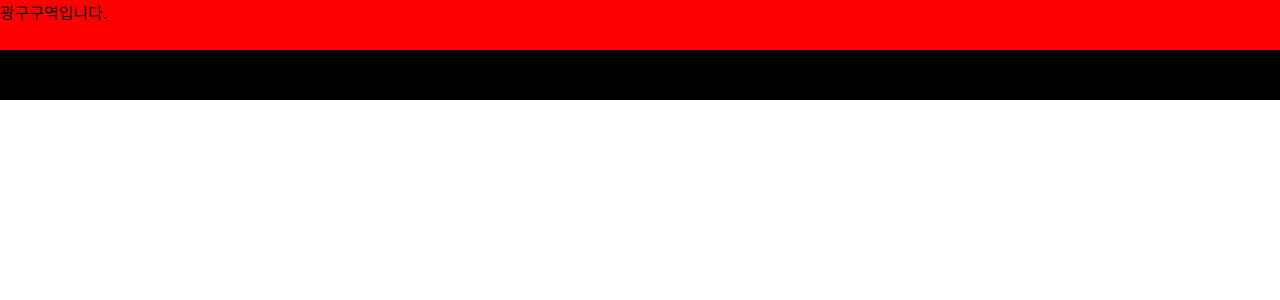
Repository: leehyeonung/myproject
Page: http://localhost/myproject/
An editor plug-in stored every save of this project. The page is shown before and after the next save, followed by the edit.
The browser window is 1280 px wide. The pictures show the whole page.
The page is served by Tomcat 9.

Above is the page before, as saved 2023-03-15 12:27:03.

### myproject/src/main/webapp/index.jsp
<%@ page language="java" contentType="text/html; charset=EUC-KR"
    pageEncoding="EUC-KR"%>
<!DOCTYPE html>
<html>
<head>
<meta charset="EUC-KR">
<title>index</title>
</head>
<body>
<jsp:include page="header.jsp"></jsp:include>
<section>

</section>
<jsp:include page="footer.jsp"></jsp:include>
</body>
</html>

### myproject/src/main/webapp/header.jsp
<%@ page language="java" contentType="text/html; charset=EUC-KR"
    pageEncoding="EUC-KR"%>
<!DOCTYPE html>
<html>
<head>
<script type="text/javascript" src="/resuorces/js/ad.js"></script>
<meta charset="EUC-KR">
<title>header</title>
<link rel="stylesheet" type="text/css" href="/resources/css/header.css">
</head>
<body>
<div class="ad">
광구구역입니다.
</div>

<header>
<div class="searchbox">
로고 네이버 검색창~
</div>

<nav>
</nav>
</header>
</body>
</html>

### myproject/src/main/webapp/footer.jsp
<%@ page language="java" contentType="text/html; charset=EUC-KR"
    pageEncoding="EUC-KR"%>
<!DOCTYPE html>
<html>
<head>
<meta charset="EUC-KR">
<title>footer</title>
</head>
<body>

</body>
</html>

### myproject/src/main/webapp/resources/js/ad.js
function close_ad() {
    document.getElementById("ad").style.display='none';
}

### myproject/src/main/webapp/resources/css/header.css
*{
	margin: 0px;
	padding: 0px;
}

.ad{
	height: 50px;
	background-color: red;
}
.searchbox{
	width:100%;
	margin:0px;
	height: 50px;
	background-color: black;
}

After the next save:
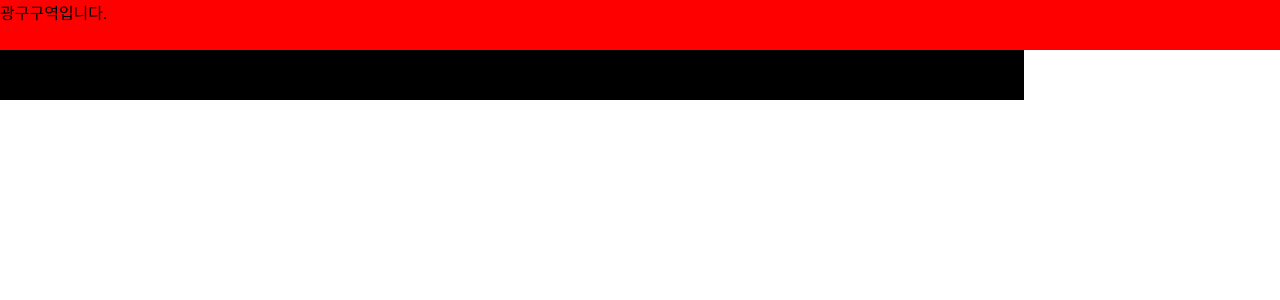
Saved 17 s later.
--- a/myproject/src/main/webapp/resources/css/header.css
+++ b/myproject/src/main/webapp/resources/css/header.css
@@ -8,7 +8,7 @@
 	background-color: red;
 }
 .searchbox{
-	width:100%;
+	width:80%;
 	margin:0px;
 	height: 50px;
 	background-color: black;
